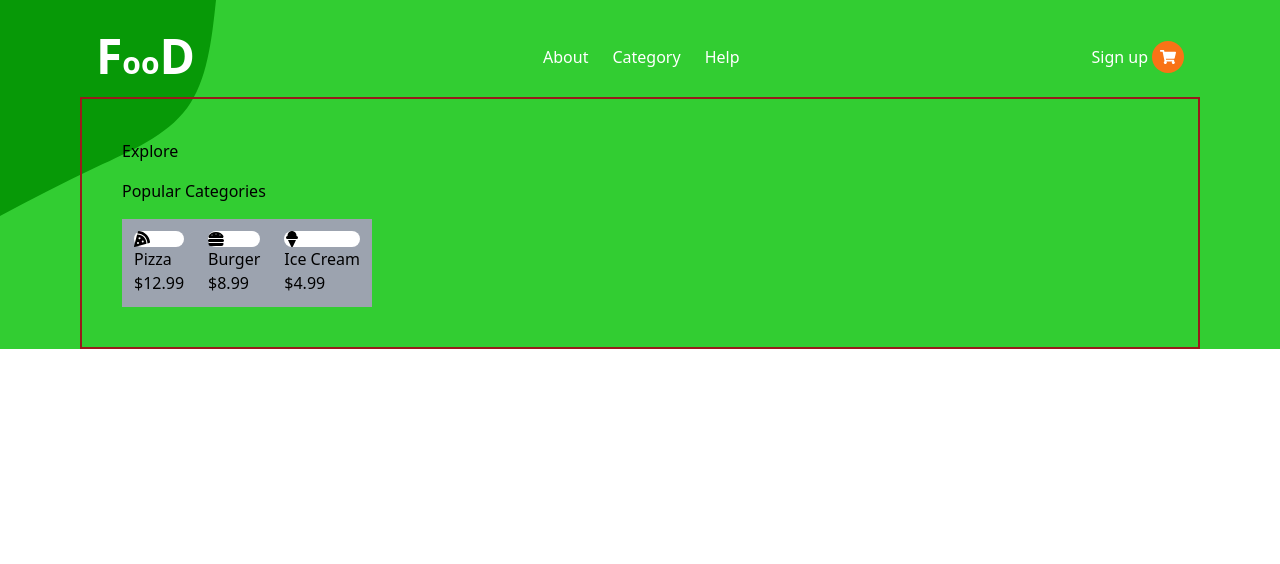
Repository: KhushiCode14/FoodWeb
Page: /category (app in frontend/)
An editor plug-in stored every save of this project. The page is shown before and after the next save, followed by the edit.
The browser window is 1280 px wide. The pictures show the whole page.
The project was rebuilt for these pictures with package versions that can differ from the ones it lists, and the page was loaded fresh each time. Also part of the build but not shown: frontend/src/Pages/Home.tsx, frontend/src/components/Home/SignUp.tsx, frontend/src/components/Home/SignIn.tsx, frontend/src/components/Home/Cart.tsx.

Above is the page before, as saved 2024-09-24 12:07:41.

After the next save:
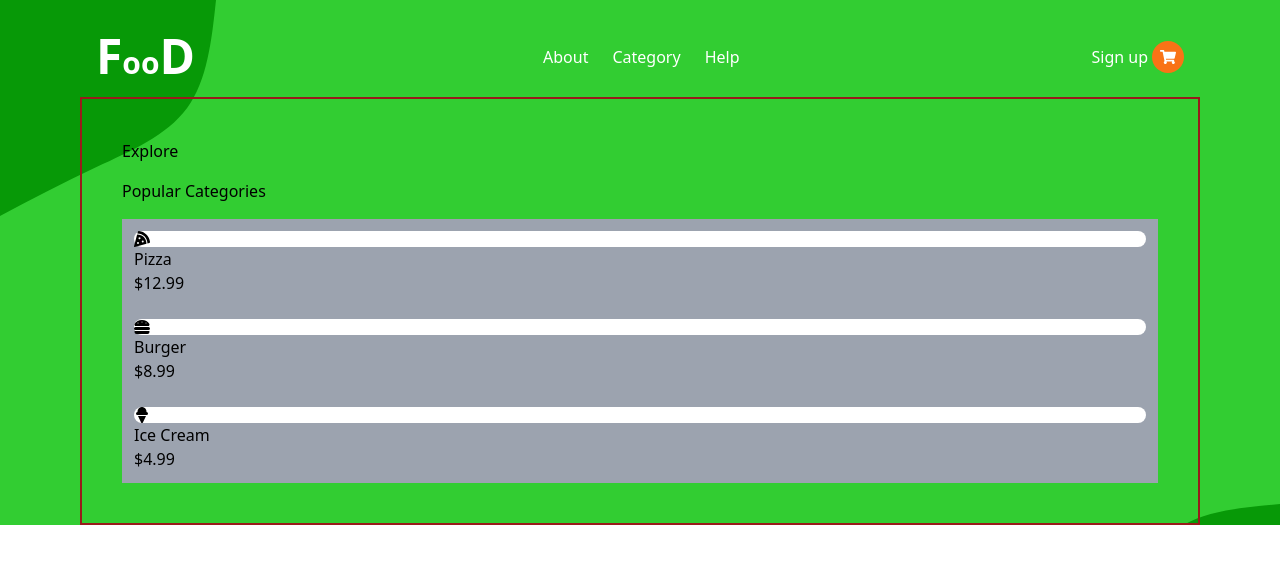
Saved 10 s later.
--- a/frontend/src/components/categories/Card.tsx
+++ b/frontend/src/components/categories/Card.tsx
@@ -30,7 +30,7 @@ const foodItems: FoodItem[] = [
 const Card: React.FC = () => {
 
   return (
-    <div className="food-items-container flex">
+    <div className="food-items-container flexgap-2">
       {foodItems.map((item) => (
         <div key={item.id} className="bg-gray-400 p-3">
           <div className="icon rounded-full bg-white">{item.icon}</div>

After the save that followed:
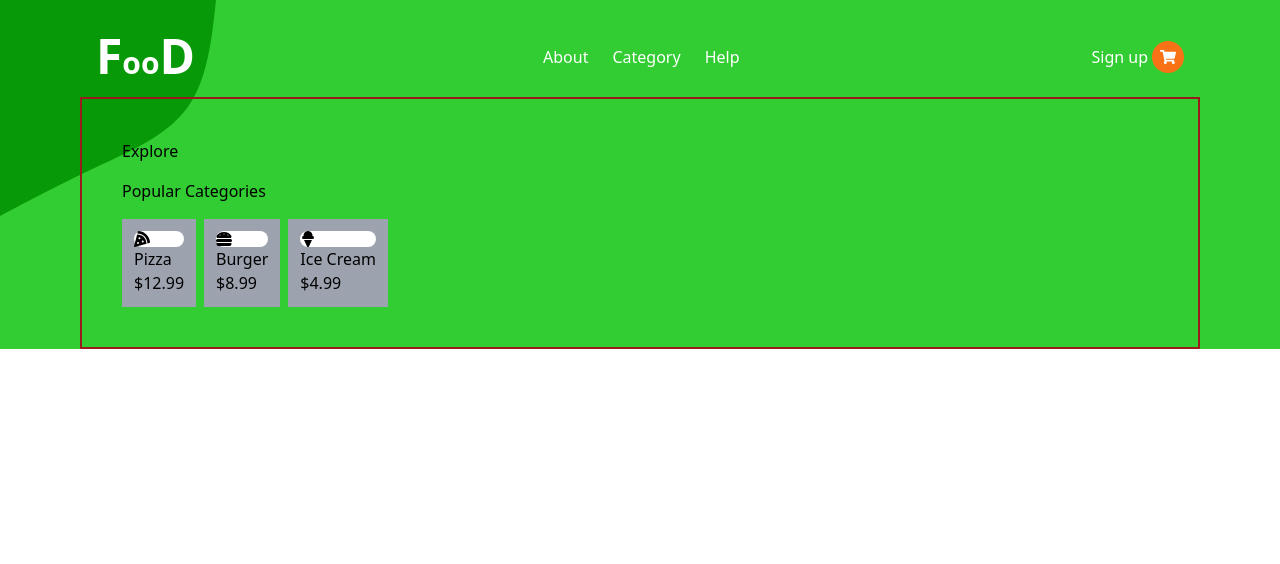
Saved 4 s later.
--- a/frontend/src/components/categories/Card.tsx
+++ b/frontend/src/components/categories/Card.tsx
@@ -30,7 +30,7 @@ const foodItems: FoodItem[] = [
 const Card: React.FC = () => {
 
   return (
-    <div className="food-items-container flexgap-2">
+    <div className="food-items-container flex gap-2">
       {foodItems.map((item) => (
         <div key={item.id} className="bg-gray-400 p-3">
           <div className="icon rounded-full bg-white">{item.icon}</div>
